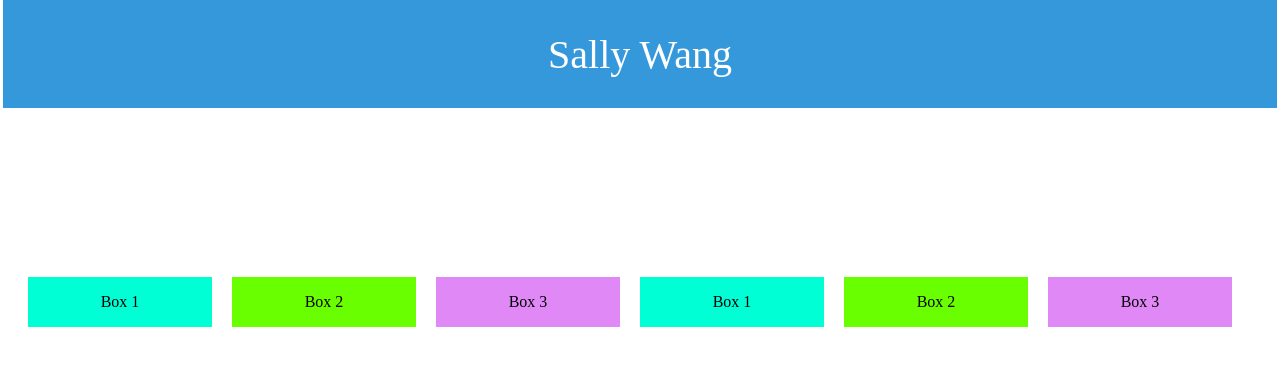
Repository: tianjiewang2022/tianjiewang2022.github.io
Page: index.html
The author's editor kept a copy of each file at every save. The page is drawn from the files as they stood at one save, then again after the next save.
The browser window is 1280 px wide. The pictures show the whole page.

Above is the page before, as saved 2023-10-01 22:55:12.

After the next save:
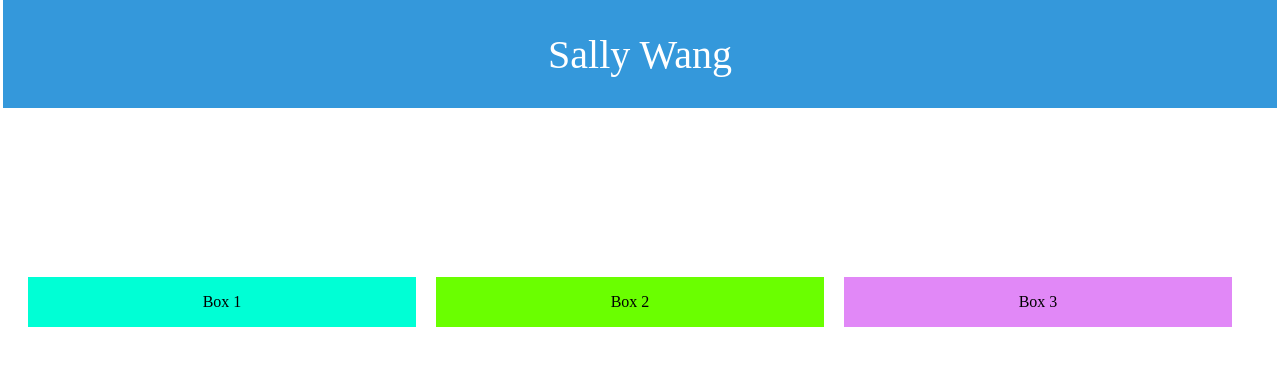
Saved 44 s later.
--- a/index.html
+++ b/index.html
@@ -77,9 +77,6 @@
             <span class="box blue">Box 1</span>
             <span class="box green">Box 2</span>
             <span class="box purple">Box 3</span>
-            <span class="box blue">Box 1</span>
-            <span class="box green">Box 2</span>
-            <span class="box purple">Box 3</span>
         </div>
     </body>
 
